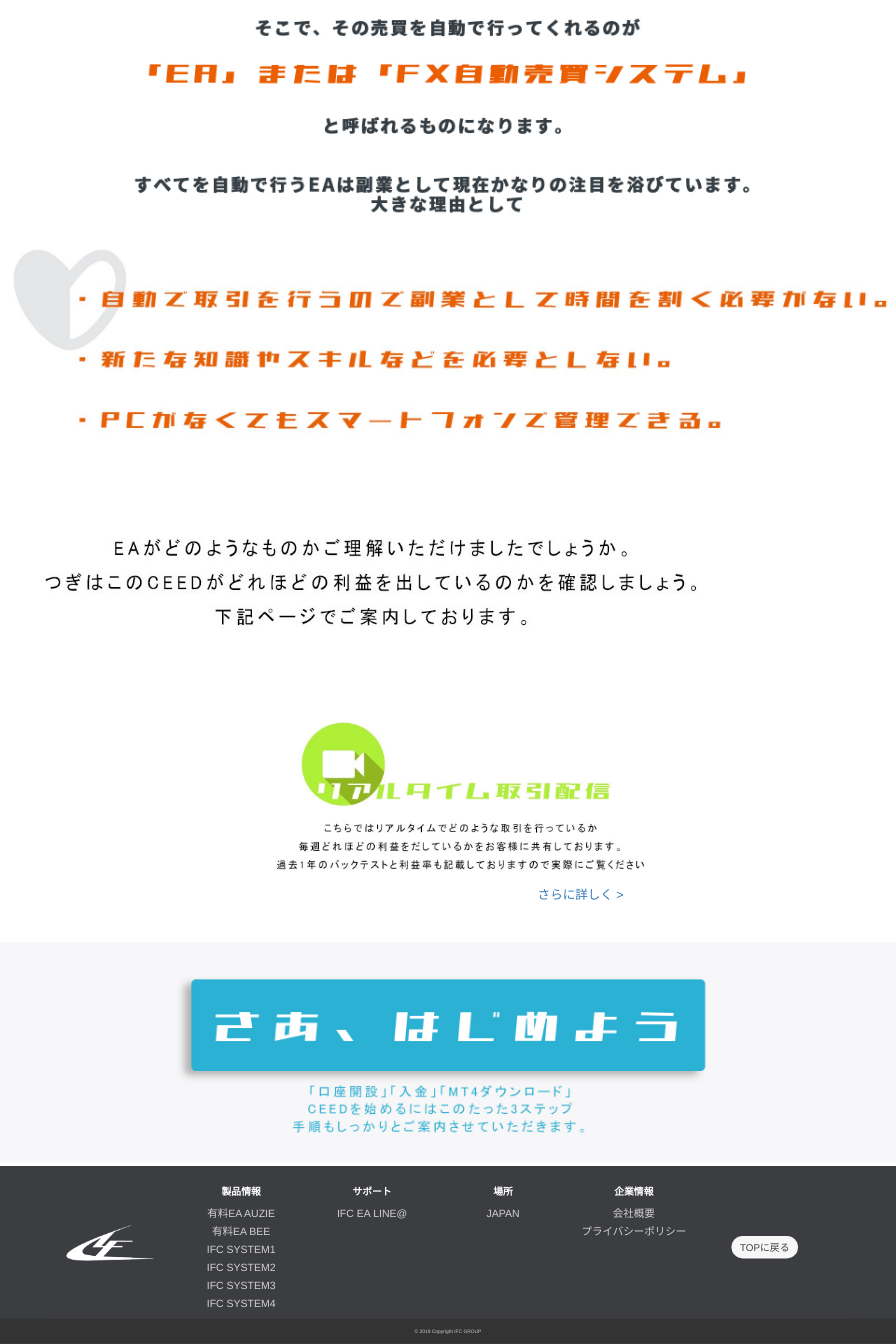
Repository: kkttuu1013/ProjectCeed
Page: http://localhost/whatisea/
The author's editor kept a record of every edit. The page is drawn from the files as they stood at one moment, then again after the next edit.
The browser window is 1280 px wide. The pictures show the part of the page from y = 1864 to 3784 px (the page is 3784 px tall before and 3468 px after), at 70% of full size.
Some web libraries are served in a nearby version. The page is served by the project's Node server (server.js).

Above is the page before.
Console error: TypeError: Cannot read properties of undefined (reading 'top')

After the next edit:
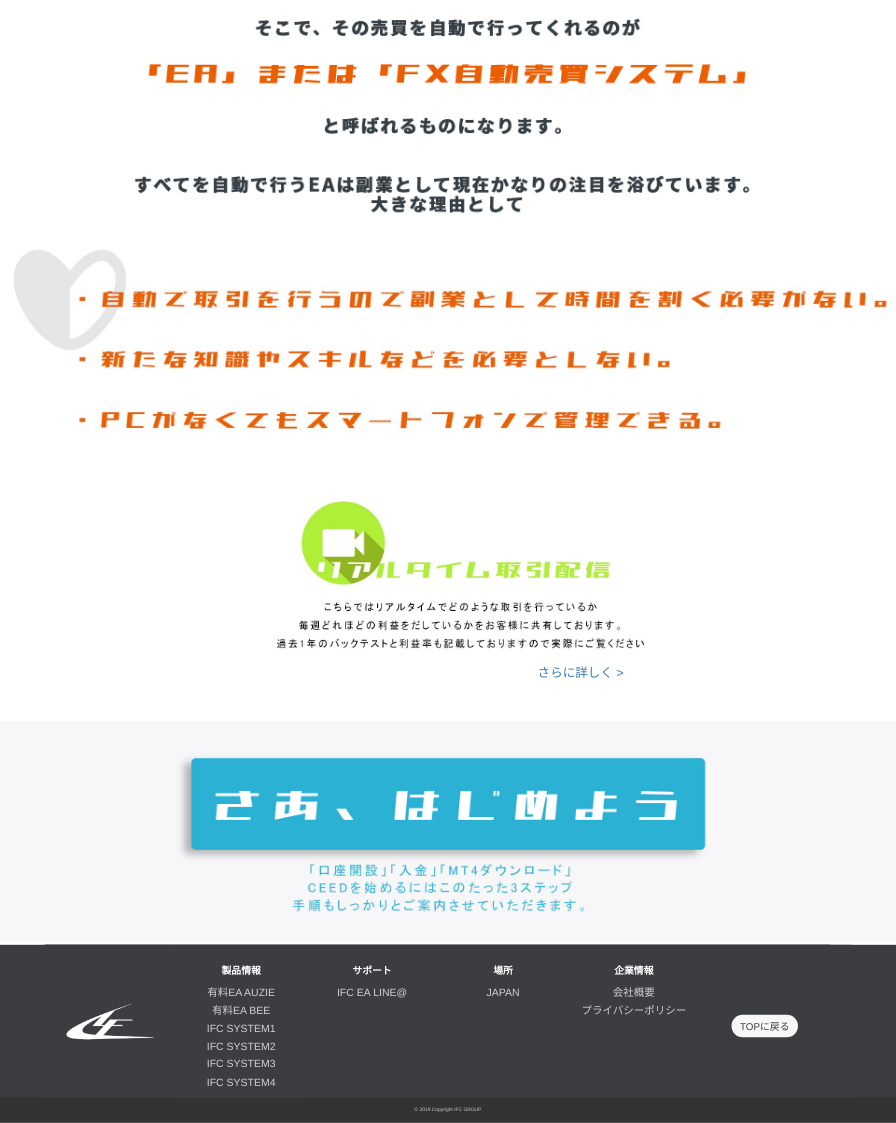
The edit:
--- a/views/whatisea.ejs
+++ b/views/whatisea.ejs
@@ -67,12 +67,6 @@
      </div>
 
 
-
-
-
-
-
-    <img src="/image/ceed Hp EAとは3.jpg">
     <div class="containBtn whitediv">
     <img src="/image/ceed Hp EAとは４ - コピー.jpg" class="sidepd">
     <a href="/stream" id="gotostream2" class="goto">さらに詳しく &#62;</a>
